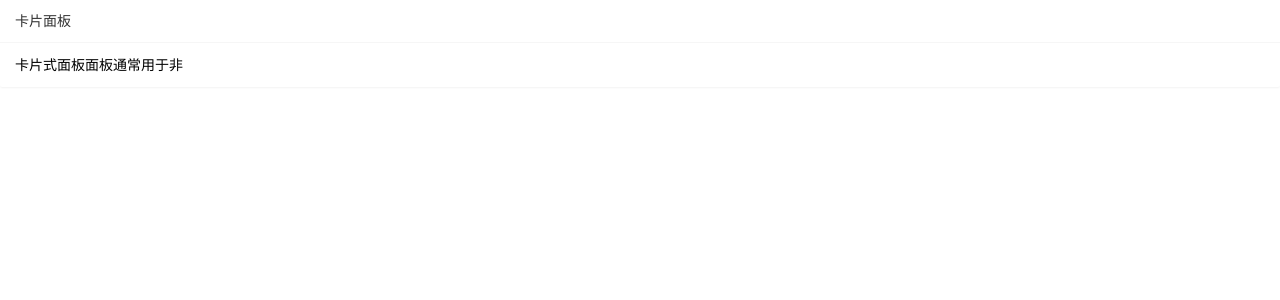
Repository: xxsleep/-
Page: home/article/art_cate.html
The author's editor kept a copy of each file at every save. The page is drawn from the files as they stood at one save, then again after the next save.
The browser window is 1280 px wide. The pictures show the whole page.

Above is the page before, as saved 2020-11-27 15:20:59.

### home/article/art_cate.html
<!DOCTYPE html>
<html lang="en">

<head>
    <meta charset="UTF-8">
    <meta name="viewport" content="width=device-width, initial-scale=1.0">
    <title>Document</title>
    <link rel="stylesheet" href="/assets/lib/layui/css/layui.css">
    <link rel="stylesheet" href="/assets/css/article/art_cate.css">
</head>

<body>
    <div class="layui-card">
        <div class="layui-card-header">卡片面板</div>
        <div class="layui-card-body">
            卡片式面板面板通常用于非
        </div>
    </div>



    <script src="/assets/lib/jquery.js"></script>
    <script src="/assets/lib/layui/layui.all.js"></script>
    <script src="/assets/lib/template-web.js"></script>
    <script src="/assets/js/ajaxBase.js"></script>
    <script src="/assets/js/article/art_cate.js"></script>
</body>

</html>

### assets/js/ajaxBase.js
$.ajaxPrefilter(function (options) {
    options.url = "http://ajax.frontend.itheima.net" + options.url;

    if (options.url.indexOf("/my/") !== -1) {
        options.headers = {
            Authorization: localStorage.getItem("token"),
        };
    }

    options.complete = function (xhr) {
        if (xhr.responseJSON.status === 1 && xhr.responseJSON.message === '身份认证失败') {
            localStorage.removeItem('token')
            location.href = '/home/login.html'
        }
    }





});

Loaded but not shown: assets/lib/layui/css/layui.css (library); assets/lib/jquery.js (library); assets/lib/layui/layui.all.js (library); assets/lib/template-web.js (library); assets/lib/layui/css/modules/laydate/default/laydate.css (library); assets/lib/layui/css/modules/layer/default/layer.css (library); assets/lib/layui/css/modules/code.css (common file); assets/css/article/art_cate.css (no stored copy; drawn as an empty file); assets/js/article/art_cate.js (no stored copy; drawn as an empty file)

After the next save:
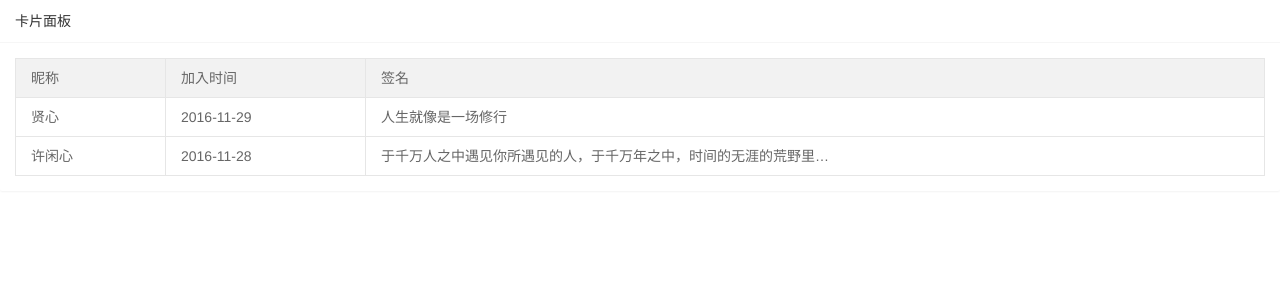
Saved 52 min 12 s later.
--- a/home/article/art_cate.html
+++ b/home/article/art_cate.html
@@ -13,7 +13,32 @@
     <div class="layui-card">
         <div class="layui-card-header">卡片面板</div>
         <div class="layui-card-body">
-            卡片式面板面板通常用于非
+            <table class="layui-table">
+                <colgroup>
+                    <col width="150">
+                    <col width="200">
+                    <col>
+                </colgroup>
+                <thead>
+                    <tr>
+                        <th>昵称</th>
+                        <th>加入时间</th>
+                        <th>签名</th>
+                    </tr>
+                </thead>
+                <tbody>
+                    <tr>
+                        <td>贤心</td>
+                        <td>2016-11-29</td>
+                        <td>人生就像是一场修行</td>
+                    </tr>
+                    <tr>
+                        <td>许闲心</td>
+                        <td>2016-11-28</td>
+                        <td>于千万人之中遇见你所遇见的人，于千万年之中，时间的无涯的荒野里…</td>
+                    </tr>
+                </tbody>
+            </table>
         </div>
     </div>
 
